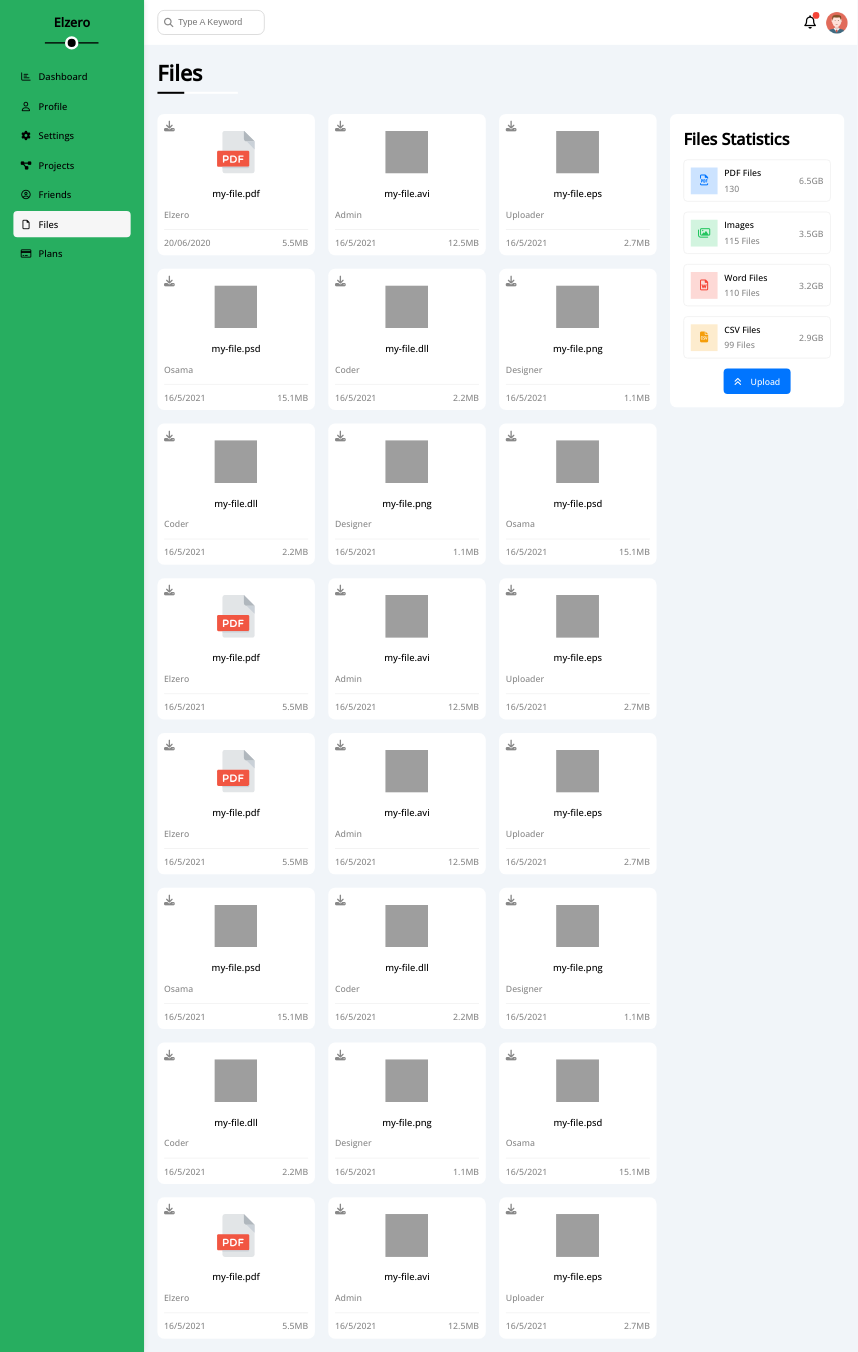
Repository: souhailaniba/Bookly
Page: public/assets/books webstie/files.html
These files come from the project's save history. The page is drawn as it stood at one moment and after the next save; the edit follows.
The browser window is 1280 px wide. The pictures show the whole page, at 67% of full size.
Pictures or frames that could not be fetched are drawn as grey boxes.

Above is the page before, as saved 2023-01-27 15:13:10.

### public/assets/books webstie/files.html
<!DOCTYPE html>
<html lang="en">
  <head>
    <meta charset="UTF-8" />
    <meta http-equiv="X-UA-Compatible" content="IE=edge" />
    <meta name="viewport" content="width=device-width, initial-scale=1.0" />
    <title>Files</title>
    <link rel="stylesheet" href="css/all.min2.css" />
    <link rel="stylesheet" href="css/framework2.css" />
    <link rel="stylesheet" href="css/master2.css" />
    <link rel="preconnect" href="https://fonts.googleapis.com" />
    <link rel="preconnect" href="https://fonts.gstatic.com" crossorigin />
    <link href="https://fonts.googleapis.com/css2?family=Open+Sans:wght@300;500&display=swap" rel="stylesheet" />
  </head>
  <body>
    <div class="page d-flex">
      <div class="sidebar bg-green p-20 p-relative" style="background-color: #27ae60;">
        <h3 class="p-relative txt-c mt-0">Elzero</h3>
        <ul>
          <li>
            <a class="d-flex align-center fs-14 c-black rad-6 p-10" href="profil.html">
              <i class="fa-regular fa-chart-bar fa-fw"></i>
              <span>Dashboard</span>
            </a>
          </li>
          <li>
            <a class="d-flex align-center fs-14 c-black rad-6 p-10" href="profile.html">
              <i class="fa-regular fa-user fa-fw"></i>
              <span>Profile</span>
            </a>
          </li>
          <li>
            <a class="d-flex align-center fs-14 c-black rad-6 p-10" href="settings.html">
              <i class="fa-solid fa-gear fa-fw"></i>
              <span>Settings</span>
            </a>
          </li>
          <li>
            <a class="d-flex align-center fs-14 c-black rad-6 p-10" href="projects.html">
              <i class="fa-solid fa-diagram-project fa-fw"></i>
              <span>Projects</span>
            </a>
          </li>
          <li>
            <a class="d-flex align-center fs-14 c-black rad-6 p-10" href="friends.html">
              <i class="fa-regular fa-circle-user fa-fw"></i>
              <span>Friends</span>
            </a>
          </li>
          <li>
            <a class="active d-flex align-center fs-14 c-black rad-6 p-10" href="files.html">
              <i class="fa-regular fa-file fa-fw"></i>
              <span>Files</span>
            </a>
          </li>
          <li>
            <a class="d-flex align-center fs-14 c-black rad-6 p-10" href="plans.html">
              <i class="fa-regular fa-credit-card fa-fw"></i>
              <span>Plans</span>
            </a>
          </li>
        </ul>
      </div>
      <div class="content w-full">
        <!-- Start Head -->
        <div class="head bg-white p-15 between-flex">
          <div class="search p-relative">
            <input class="p-10" type="search" placeholder="Type A Keyword" />
          </div>
          <div class="icons d-flex align-center">
            <span class="notification p-relative">
              <i class="fa-regular fa-bell fa-lg"></i>
            </span>
            <img src="imgs/avatar.png" alt="" />
          </div>
        </div>
        <!-- End Head -->
        <h1 class="p-relative">Files</h1>
        <div class="files-page d-flex m-20 gap-20">
          <div class="files-stats p-20 bg-white rad-10">
            <h2 class="mt-0 mb-15 txt-c-mobile">Files Statistics</h2>
            <div class="d-flex align-center border-eee p-10 rad-6 mb-15 fs-13">
              <i class="fa-regular fa-file-pdf fa-lg blue center-flex c-blue icon"></i>
              <div class="info">
                <span>PDF Files</span>
                <span class="c-grey d-block mt-5">130</span>
              </div>
              <div class="size c-grey">6.5GB</div>
            </div>
            <div class="d-flex align-center border-eee p-10 rad-6 mb-15 fs-13">
              <i class="fa-regular fa-images fa-lg green center-flex c-green icon"></i>
              <div class="info">
                <span>Images</span>
                <span class="c-grey d-block mt-5">115 Files</span>
              </div>
              <div class="size c-grey">3.5GB</div>
            </div>
            <div class="d-flex align-center border-eee p-10 rad-6 mb-15 fs-13">
              <i class="fa-regular fa-file-word fa-lg red center-flex c-red icon"></i>
              <div class="info">
                <span>Word Files</span>
                <span class="c-grey d-block mt-5">110 Files</span>
              </div>
              <div class="size c-grey">3.2GB</div>
            </div>
            <div class="d-flex align-center border-eee p-10 rad-6 fs-13">
              <i class="fa-solid fa-file-csv fa-lg orange center-flex c-orange icon"></i>
              <div class="info">
                <span>CSV Files</span>
                <span class="c-grey d-block mt-5">99 Files</span>
              </div>
              <div class="size c-grey">2.9GB</div>
            </div>
            <a class="upload bg-blue c-white fs-13 rad-6 d-block w-fit" href="#">
              <i class="fa-solid fa-angles-up mr-10"></i>
              Upload
            </a>
          </div>
          <div class="files-content d-grid gap-20">
            <div class="file bg-white p-10 rad-10">
              <i class="fa-solid fa-download c-grey p-absolute"></i>
              <div class="icon txt-c">
                <img class="mt-15 mb-15" src="imgs/pdf.svg" alt="" />
              </div>
              <div class="txt-c mb-10 fs-14">my-file.pdf</div>
              <p class="c-grey fs-13">Elzero</p>
              <div class="info between-flex mt-10 pt-10 fs-13 c-grey">
                <span>20/06/2020</span>
                <span>5.5MB</span>
              </div>
            </div>
            <div class="file bg-white p-10 rad-10">
              <i class="fa-solid fa-download c-grey p-absolute"></i>
              <div class="icon txt-c">
                <img class="mt-15 mb-15" src="imgs/avi.svg" alt="" />
              </div>
              <div class="txt-c mb-10 fs-14">my-file.avi</div>
              <p class="c-grey fs-13">Admin</p>
              <div class="info between-flex mt-10 pt-10 fs-13 c-grey">
                <span>16/5/2021</span>
                <span>12.5MB</span>
              </div>
            </div>
            <div class="file bg-white p-10 rad-10">
              <i class="fa-solid fa-download c-grey p-absolute"></i>
              <div class="icon txt-c">
                <img class="mt-15 mb-15" src="imgs/eps.svg" alt="" />
              </div>
              <div class="txt-c mb-10 fs-14">my-file.eps</div>
              <p class="c-grey fs-13">Uploader</p>
              <div class="info between-flex mt-10 pt-10 fs-13 c-grey">
                <span>16/5/2021</span>
                <span>2.7MB</span>
              </div>
            </div>
            <div class="file bg-white p-10 rad-10">
              <i class="fa-solid fa-download c-grey p-absolute"></i>
              <div class="icon txt-c">
                <img class="mt-15 mb-15" src="imgs/psd.svg" alt="" />
              </div>
              <div class="txt-c mb-10 fs-14">my-file.psd</div>
              <p class="c-grey fs-13">Osama</p>
              <div class="info between-flex mt-10 pt-10 fs-13 c-grey">
                <span>16/5/2021</span>
                <span>15.1MB</span>
              </div>
            </div>
            <div class="file bg-white p-10 rad-10">
              <i class="fa-solid fa-download c-grey p-absolute"></i>
              <div class="icon txt-c">
                <img class="mt-15 mb-15" src="imgs/dll.svg" alt="" />
              </div>
              <div class="txt-c mb-10 fs-14">my-file.dll</div>
              <p class="c-grey fs-13">Coder</p>
              <div class="info between-flex mt-10 pt-10 fs-13 c-grey">
                <span>16/5/2021</span>
                <span>2.2MB</span>
              </div>
            </div>
            <div class="file bg-white p-10 rad-10">
              <i class="fa-solid fa-download c-grey p-absolute"></i>
              <div class="icon txt-c">
                <img class="mt-15 mb-15" src="imgs/png.svg" alt="" />
              </div>
              <div class="txt-c mb-10 fs-14">my-file.png</div>
              <p class="c-grey fs-13">Designer</p>
              <div class="info between-flex mt-10 pt-10 fs-13 c-grey">
                <span>16/5/2021</span>
                <span>1.1MB</span>
              </div>
            </div>
            <div class="file bg-white p-10 rad-10">
              <i class="fa-solid fa-download c-grey p-absolute"></i>
              <div class="icon txt-c">
                <img class="mt-15 mb-15" src="imgs/dll.svg" alt="" />
              </div>
              <div class="txt-c mb-10 fs-14">my-file.dll</div>
              <p class="c-grey fs-13">Coder</p>
              <div class="info between-flex mt-10 pt-10 fs-13 c-grey">
                <span>16/5/2021</span>
                <span>2.2MB</span>
              </div>
            </div>
            <div class="file bg-white p-10 rad-10">
              <i class="fa-solid fa-download c-grey p-absolute"></i>
              <div class="icon txt-c">
                <img class="mt-15 mb-15" src="imgs/png.svg" alt="" />
              </div>
              <div class="txt-c mb-10 fs-14">my-file.png</div>
              <p class="c-grey fs-13">Designer</p>
              <div class="info between-flex mt-10 pt-10 fs-13 c-grey">
                <span>16/5/2021</span>
                <span>1.1MB</span>
              </div>
            </div>
            <div class="file bg-white p-10 rad-10">
              <i class="fa-solid fa-download c-grey p-absolute"></i>
              <div class="icon txt-c">
                <img class="mt-15 mb-15" src="imgs/psd.svg" alt="" />
              </div>
              <div class="txt-c mb-10 fs-14">my-file.psd</div>
              <p class="c-grey fs-13">Osama</p>
              <div class="info between-flex mt-10 pt-10 fs-13 c-grey">
                <span>16/5/2021</span>
                <span>15.1MB</span>
              </div>
            </div>
            <div class="file bg-white p-10 rad-10">
              <i class="fa-solid fa-download c-grey p-absolute"></i>
              <div class="icon txt-c">
                <img class="mt-15 mb-15" src="imgs/pdf.svg" alt="" />
              </div>
              <div class="txt-c mb-10 fs-14">my-file.pdf</div>
              <p class="c-grey fs-13">Elzero</p>
              <div class="info between-flex mt-10 pt-10 fs-13 c-grey">
                <span>16/5/2021</span>
                <span>5.5MB</span>
              </div>
            </div>
            <div class="file bg-white p-10 rad-10">
              <i class="fa-solid fa-download c-grey p-absolute"></i>
              <div class="icon txt-c">
                <img class="mt-15 mb-15" src="imgs/avi.svg" alt="" />
              </div>
              <div class="txt-c mb-10 fs-14">my-file.avi</div>
              <p class="c-grey fs-13">Admin</p>
              <div class="info between-flex mt-10 pt-10 fs-13 c-grey">
                <span>16/5/2021</span>
                <span>12.5MB</span>
              </div>
            </div>
            <div class="file bg-white p-10 rad-10">
              <i class="fa-solid fa-download c-grey p-absolute"></i>
              <div class="icon txt-c">
                <img class="mt-15 mb-15" src="imgs/eps.svg" alt="" />
              </div>
              <div class="txt-c mb-10 fs-14">my-file.eps</div>
              <p class="c-grey fs-13">Uploader</p>
              <div class="info between-flex mt-10 pt-10 fs-13 c-grey">
                <span>16/5/2021</span>
                <span>2.7MB</span>
              </div>
            </div>
            <div class="file bg-white p-10 rad-10">
              <i class="fa-solid fa-download c-grey p-absolute"></i>
              <div class="icon txt-c">
                <img class="mt-15 mb-15" src="imgs/pdf.svg" alt="" />
              </div>
              <div class="txt-c mb-10 fs-14">my-file.pdf</div>
              <p class="c-grey fs-13">Elzero</p>
              <div class="info between-flex mt-10 pt-10 fs-13 c-grey">
                <span>16/5/2021</span>
                <span>5.5MB</span>
              </div>
            </div>
            <div class="file bg-white p-10 rad-10">
              <i class="fa-solid fa-download c-grey p-absolute"></i>
              <div class="icon txt-c">
                <img class="mt-15 mb-15" src="imgs/avi.svg" alt="" />
              </div>
              <div class="txt-c mb-10 fs-14">my-file.avi</div>
              <p class="c-grey fs-13">Admin</p>
              <div class="info between-flex mt-10 pt-10 fs-13 c-grey">
                <span>16/5/2021</span>
                <span>12.5MB</span>
              </div>
            </div>
            <div class="file bg-white p-10 rad-10">
              <i class="fa-solid fa-download c-grey p-absolute"></i>
              <div class="icon txt-c">
                <img class="mt-15 mb-15" src="imgs/eps.svg" alt="" />
              </div>
              <div class="txt-c mb-10 fs-14">my-file.eps</div>
              <p class="c-grey fs-13">Uploader</p>
              <div class="info between-flex mt-10 pt-10 fs-13 c-grey">
                <span>16/5/2021</span>
                <span>2.7MB</span>
              </div>
            </div>
            <div class="file bg-white p-10 rad-10">
              <i class="fa-solid fa-download c-grey p-absolute"></i>
              <div class="icon txt-c">
                <img class="mt-15 mb-15" src="imgs/psd.svg" alt="" />
              </div>
              <div class="txt-c mb-10 fs-14">my-file.psd</div>
              <p class="c-grey fs-13">Osama</p>
              <div class="info between-flex mt-10 pt-10 fs-13 c-grey">
                <span>16/5/2021</span>
                <span>15.1MB</span>
              </div>
            </div>
            <div class="file bg-white p-10 rad-10">
              <i class="fa-solid fa-download c-grey p-absolute"></i>
              <div class="icon txt-c">
                <img class="mt-15 mb-15" src="imgs/dll.svg" alt="" />
              </div>
              <div class="txt-c mb-10 fs-14">my-file.dll</div>
              <p class="c-grey fs-13">Coder</p>
              <div class="info between-flex mt-10 pt-10 fs-13 c-grey">
                <span>16/5/2021</span>
                <span>2.2MB</span>
              </div>
            </div>
            <div class="file bg-white p-10 rad-10">
              <i class="fa-solid fa-download c-grey p-absolute"></i>
              <div class="icon txt-c">
                <img class="mt-15 mb-15" src="imgs/png.svg" alt="" />
              </div>
              <div class="txt-c mb-10 fs-14">my-file.png</div>
              <p class="c-grey fs-13">Designer</p>
              <div class="info between-flex mt-10 pt-10 fs-13 c-grey">
                <span>16/5/2021</span>
                <span>1.1MB</span>
              </div>
            </div>
            <div class="file bg-white p-10 rad-10">
              <i class="fa-solid fa-download c-grey p-absolute"></i>
              <div class="icon txt-c">
                <img class="mt-15 mb-15" src="imgs/dll.svg" alt="" />
              </div>
              <div class="txt-c mb-10 fs-14">my-file.dll</div>
              <p class="c-grey fs-13">Coder</p>
              <div class="info between-flex mt-10 pt-10 fs-13 c-grey">
                <span>16/5/2021</span>
                <span>2.2MB</span>
              </div>
            </div>
            <div class="file bg-white p-10 rad-10">
              <i class="fa-solid fa-download c-grey p-absolute"></i>
              <div class="icon txt-c">
                <img class="mt-15 mb-15" src="imgs/png.svg" alt="" />
              </div>
              <div class="txt-c mb-10 fs-14">my-file.png</div>
              <p class="c-grey fs-13">Designer</p>
              <div class="info between-flex mt-10 pt-10 fs-13 c-grey">
                <span>16/5/2021</span>
                <span>1.1MB</span>
              </div>
            </div>
            <div class="file bg-white p-10 rad-10">
              <i class="fa-solid fa-download c-grey p-absolute"></i>
              <div class="icon txt-c">
                <img class="mt-15 mb-15" src="imgs/psd.svg" alt="" />
              </div>
              <div class="txt-c mb-10 fs-14">my-file.psd</div>
              <p class="c-grey fs-13">Osama</p>
              <div class="info between-flex mt-10 pt-10 fs-13 c-grey">
                <span>16/5/2021</span>
                <span>15.1MB</span>
              </div>
            </div>
            <div class="file bg-white p-10 rad-10">
              <i class="fa-solid fa-download c-grey p-absolute"></i>
              <div class="icon txt-c">
                <img class="mt-15 mb-15" src="imgs/pdf.svg" alt="" />
              </div>
              <div class="txt-c mb-10 fs-14">my-file.pdf</div>
              <p class="c-grey fs-13">Elzero</p>
              <div class="info between-flex mt-10 pt-10 fs-13 c-grey">
                <span>16/5/2021</span>
                <span>5.5MB</span>
              </div>
            </div>
            <div class="file bg-white p-10 rad-10">
              <i class="fa-solid fa-download c-grey p-absolute"></i>
              <div class="icon txt-c">
                <img class="mt-15 mb-15" src="imgs/avi.svg" alt="" />
              </div>
              <div class="txt-c mb-10 fs-14">my-file.avi</div>
              <p class="c-grey fs-13">Admin</p>
              <div class="info between-flex mt-10 pt-10 fs-13 c-grey">
                <span>16/5/2021</span>
                <span>12.5MB</span>
              </div>
            </div>
            <div class="file bg-white p-10 rad-10">
              <i class="fa-solid fa-download c-grey p-absolute"></i>
              <div class="icon txt-c">
                <img class="mt-15 mb-15" src="imgs/eps.svg" alt="" />
              </div>
              <div class="txt-c mb-10 fs-14">my-file.eps</div>
              <p class="c-grey fs-13">Uploader</p>
              <div class="info between-flex mt-10 pt-10 fs-13 c-grey">
                <span>16/5/2021</span>
                <span>2.7MB</span>
              </div>
            </div>
          </div>
        </div>
      </div>
    </div>
  </body>
</html>

### public/assets/books webstie/css/framework2.css
:root {
  --blue-color: #0075ff;
  --blue-alt-color: #0d69d5;
  --orange-color: #f59e0b;
  --green-color: #22c55e;
  --red-color: #f44336;
  --grey-color: #888;
}
/* Start Box */
.d-flex {
  display: flex;
}
.f-wrap {
  flex-wrap: wrap;
}
.align-center {
  align-items: center;
}
.space-between {
  justify-content: space-between;
}
.d-grid {
  display: grid;
}
.gap-20 {
  gap: 20px;
}
.d-block {
  display: block;
}
@media (max-width: 767px) {
  .block-mobile {
    display: block;
  }
  .hide-mobile {
    display: none;
  }
}
/* End Box */
/* Start Padding + Margin */
.p-10 {
  padding: 10px;
}
.p-15 {
  padding: 15px;
}
.p-20 {
  padding: 20px;
}
.pt-10 {
  padding-top: 10px;
}
.pt-15 {
  padding-top: 15px;
}
.pt-20 {
  padding-top: 20px;
}
.pb-10 {
  padding-bottom: 10px;
}
.pb-15 {
  padding-bottom: 15px;
}
.pb-20 {
  padding-bottom: 20px;
}
.pl-15 {
  padding-left: 15px;
}
.m-0 {
  margin: 0;
}
.m-15 {
  margin: 15px;
}
.m-20 {
  margin: 20px;
}
.mt-0 {
  margin-top: 0;
}
.mt-5 {
  margin-top: 5px;
}
.mt-10 {
  margin-top: 10px;
}
.mt-15 {
  margin-top: 15px;
}
.mt-20 {
  margin-top: 20px;
}
.mt-25 {
  margin-top: 25px;
}
.mr-10 {
  margin-right: 10px;
}
.mr-15 {
  margin-right: 15px;
}
.mb-5 {
  margin-bottom: 5px;
}
.mb-10 {
  margin-bottom: 10px;
}
.mb-15 {
  margin-bottom: 15px;
}
.mb-20 {
  margin-bottom: 20px;
}
.mb-25 {
  margin-bottom: 25px;
}
/* End Padding + Margin */
/* Start Color */
.c-black {
  color: black;
}
.c-white {
  color: white;
}
.c-grey {
  color: var(--grey-color);
}
.c-red {
  color: var(--red-color);
}
.c-green {
  color: var(--green-color);
}
.c-blue {
  color: var(--blue-color);
}
.c-orange {
  color: var(--orange-color);
}
.bg-red {
  background-color: var(--red-color);
}
.bg-green {
  background-color: var(--green-color);
}
.bg-blue {
  background-color: var(--blue-color);
}
.bg-orange {
  background-color: var(--orange-color);
}
.bg-white {
  background-color: white;
}
.bg-eee {
  background-color: #eee;
}
/* End Color */
/* Start Position */
.p-relative {
  position: relative;
}
.p-absolute {
  position: absolute;
}
/* End Position */
/* Start Font */
.txt-c {
  text-align: center;
}
.fs-13 {
  font-size: 13px;
}
.fs-14 {
  font-size: 14px;
}
.fs-15 {
  font-size: 15px;
}
.fs-25 {
  font-size: 25px;
}
.fw-bold {
  font-weight: bold;
}
@media (max-width: 767px) {
  .txt-c-mobile {
    text-align: center;
  }
}
/* End Font */
/* Start Border */
.rad-6 {
  border-radius: 6px;
}
.rad-10 {
  border-radius: 10px;
}
.rad-half {
  border-radius: 50%;
}
.b-none {
  border: none;
}
.border-ccc {
  border: 1px solid #ccc;
}
.border-eee {
  border: 1px solid #eee;
}

/* End Border */
/* Start Width + Height */
.w-full {
  width: 100%;
}
.w-100 {
  width: 100px;
}
.w-fit {
  width: fit-content;
}
.h-full {
  height: 100%;
}
.h-100 {
  height: 100px;
}
/* End Width + Height */
/* Start Components */
.center-flex {
  display: flex;
  align-items: center;
  justify-content: center;
}
.between-flex {
  display: flex;
  align-items: center;
  justify-content: space-between;
}
.btn-shape {
  padding: 4px 10px;
  border-radius: 6px;
}
/* End Components */

Loaded but not shown: public/assets/books webstie/css/all.min2.css (library); public/assets/books webstie/css/master2.css (1171 lines, source omitted)

After the next save:
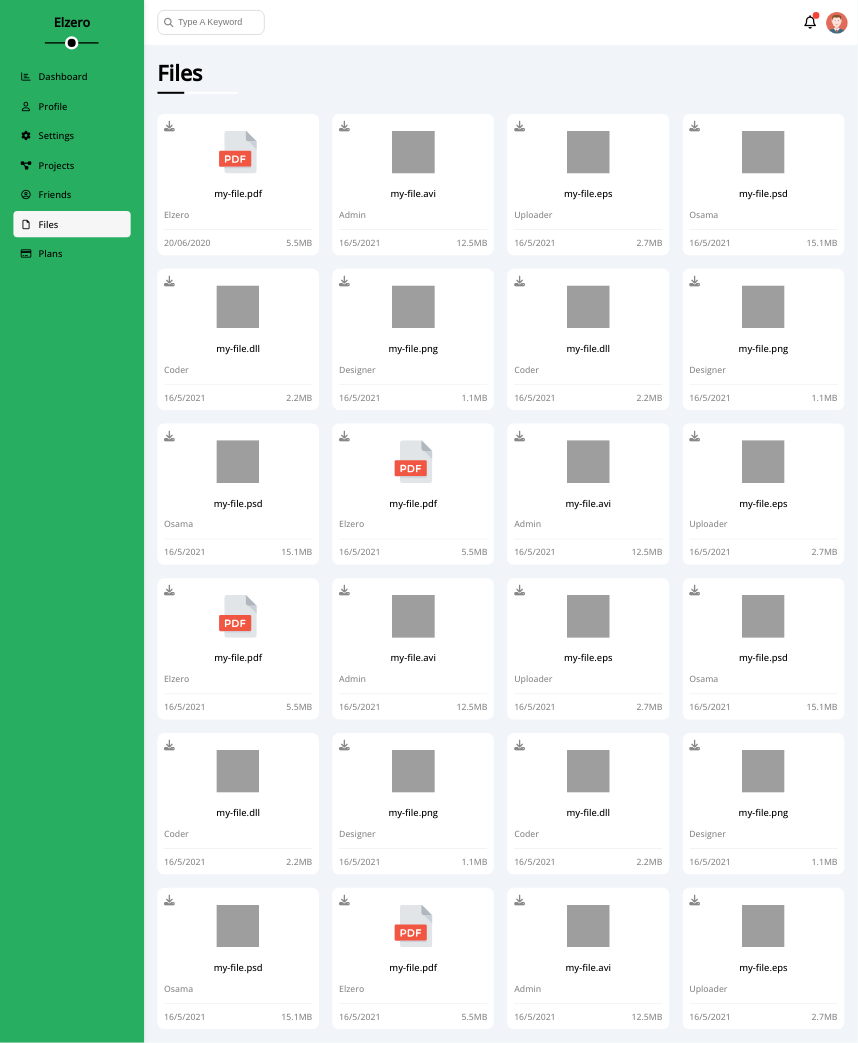
Saved 65 s later.
--- a/public/assets/books webstie/files.html
+++ b/public/assets/books webstie/files.html
@@ -77,45 +77,6 @@
         <!-- End Head -->
         <h1 class="p-relative">Files</h1>
         <div class="files-page d-flex m-20 gap-20">
-          <div class="files-stats p-20 bg-white rad-10">
-            <h2 class="mt-0 mb-15 txt-c-mobile">Files Statistics</h2>
-            <div class="d-flex align-center border-eee p-10 rad-6 mb-15 fs-13">
-              <i class="fa-regular fa-file-pdf fa-lg blue center-flex c-blue icon"></i>
-              <div class="info">
-                <span>PDF Files</span>
-                <span class="c-grey d-block mt-5">130</span>
-              </div>
-              <div class="size c-grey">6.5GB</div>
-            </div>
-            <div class="d-flex align-center border-eee p-10 rad-6 mb-15 fs-13">
-              <i class="fa-regular fa-images fa-lg green center-flex c-green icon"></i>
-              <div class="info">
-                <span>Images</span>
-                <span class="c-grey d-block mt-5">115 Files</span>
-              </div>
-              <div class="size c-grey">3.5GB</div>
-            </div>
-            <div class="d-flex align-center border-eee p-10 rad-6 mb-15 fs-13">
-              <i class="fa-regular fa-file-word fa-lg red center-flex c-red icon"></i>
-              <div class="info">
-                <span>Word Files</span>
-                <span class="c-grey d-block mt-5">110 Files</span>
-              </div>
-              <div class="size c-grey">3.2GB</div>
-            </div>
-            <div class="d-flex align-center border-eee p-10 rad-6 fs-13">
-              <i class="fa-solid fa-file-csv fa-lg orange center-flex c-orange icon"></i>
-              <div class="info">
-                <span>CSV Files</span>
-                <span class="c-grey d-block mt-5">99 Files</span>
-              </div>
-              <div class="size c-grey">2.9GB</div>
-            </div>
-            <a class="upload bg-blue c-white fs-13 rad-6 d-block w-fit" href="#">
-              <i class="fa-solid fa-angles-up mr-10"></i>
-              Upload
-            </a>
-          </div>
           <div class="files-content d-grid gap-20">
             <div class="file bg-white p-10 rad-10">
               <i class="fa-solid fa-download c-grey p-absolute"></i>
